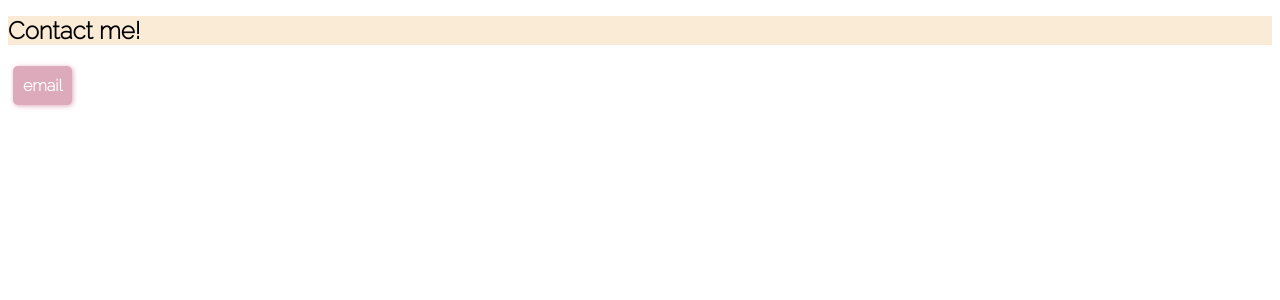
Repository: semileeBCIT/MDIA2109Tut4
Page: /Contact
These files come from the project's save history. The page is drawn as it stood at one moment and after the next save; the edit follows.
The browser window is 1280 px wide. The pictures show the whole page.
The project was rebuilt for these pictures with package versions that can differ from the ones it lists, and the page was loaded fresh each time. The framework's server and built-in components were replaced by stand-ins that run in the browser. Also part of the build but not shown: next.config.js.

Above is the page before, as saved 2020-04-15 22:09:59.

### pages/_app.js
// import App from 'next/app'
import './app.css';

function MyApp({ Component, pageProps }) {
    return <Component {...pageProps} />
  }

  // Only uncomment this method if you have blocking data requirements for
  // every single page in your application. This disables the ability to
  // perform automatic static optimization, causing every page in your app to
  // be server-side rendered.
  //
  // MyApp.getInitialProps = async (appContext) => {
  //   // calls page's `getInitialProps` and fills `appProps.pageProps`
  //   const appProps = await App.getInitialProps(appContext);
  //
  //   return { ...appProps }
  // }

  export default MyApp

### pages/_document.js
import Document, { Html, Head, Main, NextScript } from 'next/document';

class MyDocument extends Document {
  static async getInitialProps(ctx) {
    const initialProps = await Document.getInitialProps(ctx)
    return { ...initialProps }
  }

  render() {
    return (
      <Html>
        <Head />
        <body>
          <link href="https://fonts.googleapis.com/css2?family=Raleway:wght@200&display=swap" rel="stylesheet"></link>
          <Main />
          <NextScript />
        </body>
      </Html>
    )
  }
}

export default MyDocument

### pages/Contact/index.js
import {useEffect} from 'react';
import CustomButton from '../../comps/CustomButton';
import Header from '../../comps/Header';
import './contact.css';

const Contact = () => {

    useEffect(()=>{
        setTimeout(()=>{
            document.querySelector("#contactpage").style.left = 0;
        }, 50)

    }, []);

    return <div id="contactpage">
    <Header text="Contact me!" fontSize={24}/>
    <CustomButton text='email' />

</div>
}

export default Contact;

### pages/app.css
*{
    font-family: 'Raleway', sans-serif;
}

### comps/CustomButton/index.js
import React, {useState, useEffect} from 'react';
import './cb.css';


//Made the UI
const CustomButton = ({text, color, onClick}) => <div
    style={{backgroundColor:color, boxShadow:"1px 1px 5px " + color}}
    className="custom_button_box"
    onClick={onClick}
    >
    <div className="custom_button_box_inner">
        {text}
    </div>
</div>

CustomButton.defaultProps = {
    text:"Default Button",
    color:"#DAB",
    onClick:ButtonClick
}

export default CustomButton;

function ButtonClick(){
    // alert("Clicked");
    //document.query...style.width = "100px";
}

### comps/Header/index.js
//use the same component to change the fontSize
//change the text color of the header
//change the onMouseOver

import React from 'react';
import './header.css';

const Header = ({text,fontSize, color}) => <div
    style={{color:color, fontSize:fontSize }}
    className='header'
    >
    <h1 style={{fontSize:fontSize}}>{text}</h1>
</div>

function MouseOver(){
    alert("mouse is over");
}

Header.defaultProps = {
    fontSize:12,
    color:"#000",
    onMouseOver:MouseOver,
    text:"Header"
}

export default Header;

### pages/Contact/contact.css
#contactpage {
    position: relative;
    left:-100%;
    transition: left 1s;
}

### comps/CustomButton/cb.css
.custom_button_box {
    display: inline-flex;
    border-radius: 5px;
    padding: 10px;
    font-weight: bolder;
    color:#fff;
    cursor: pointer;
    box-shadow:1px 1px 5px #dab;
    margin:5px;
}

.custom_button_box:active{
    background-color:#999;
}

.custom_button_box_inner::selection {
    background:none;
    color:none;
}

### comps/Header/header.css
.header{
    background-color: antiquewhite;
    font-size: 16px;
}

After the next save:
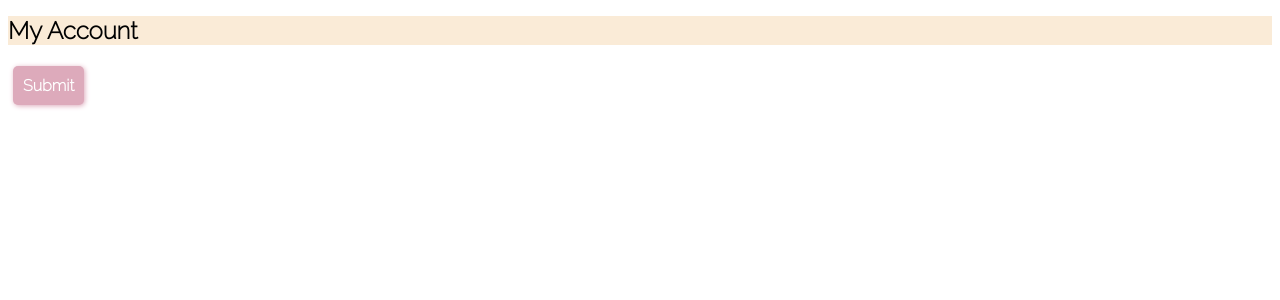
Saved 106 s later.
--- a/pages/Contact/index.js
+++ b/pages/Contact/index.js
@@ -7,14 +7,14 @@
 
     useEffect(()=>{
         setTimeout(()=>{
-            document.querySelector("#contactpage").style.left = 0;
+            document.querySelector("#contact").style.left = 0;
         }, 50)
 
     }, []);
 
-    return <div id="contactpage">
-    <Header text="Contact me!" fontSize={24}/>
-    <CustomButton text='email' />
+    return <div id="contact">
+    <Header text="My Account" fontSize={24}/>
+    <CustomButton text='Submit' />
 
 </div>
 }

After the 2 saves that followed:
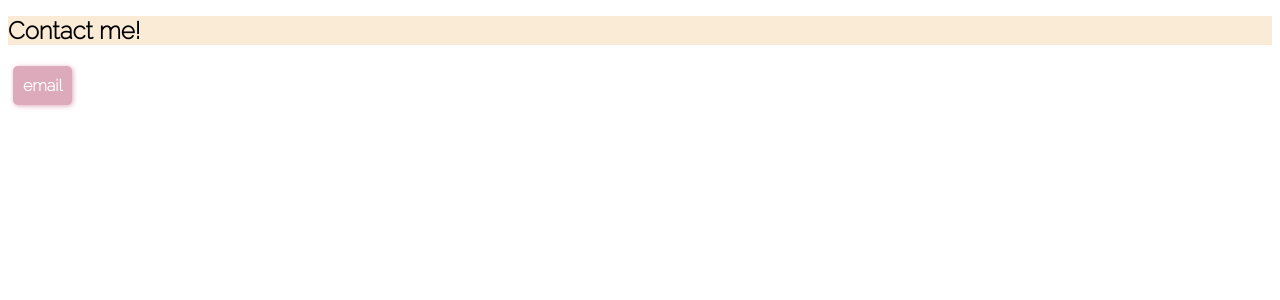
The 2 saves are shown as one change because 1 left the picture as it was.
The last was saved 3 min 18 s later.
--- a/pages/Contact/index.js
+++ b/pages/Contact/index.js
@@ -13,8 +13,8 @@
     }, []);
 
     return <div id="contact">
-    <Header text="My Account" fontSize={24}/>
-    <CustomButton text='Submit' />
+    <Header text="Contact me!" fontSize={24}/>
+    <CustomButton text='email' />
 
 </div>
 }
--- a/pages/Contact/contact.css
+++ b/pages/Contact/contact.css
@@ -1,4 +1,4 @@
-#contactpage {
+#contact {
     position: relative;
     left:-100%;
     transition: left 1s;
